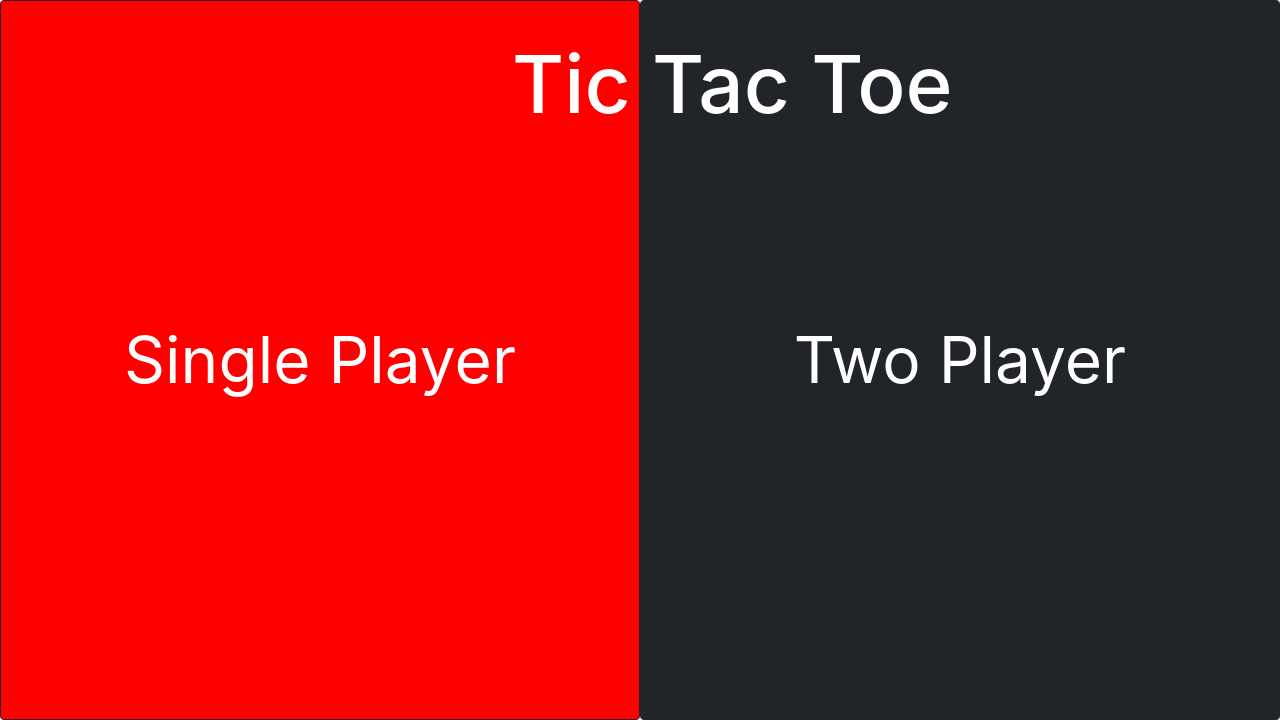
Repository: napan24/tic-tac-toe
Page: /
These files come from the project's save history. The page is drawn as it stood at one moment and after the next save; the edit follows.
The browser window is 1280 px wide. The pictures show the whole page.
The project was rebuilt for these pictures with package versions that can differ from the ones it lists, and the page was loaded fresh each time. Also part of the build but not shown: src/App.css, src/tik.css, src/App.js, src/Vscomp.js.

Above is the page before, as saved 2022-06-16 18:05:03.

### public/index.html
<!DOCTYPE html>
<html lang="en">
  <head>
    <meta charset="utf-8" />
    <link rel="icon" href="%PUBLIC_URL%/favicon.ico" />
    <meta name="viewport" content="width=device-width, initial-scale=1" />
    <meta name="theme-color" content="#000000" />
    <meta
      name="description"
      content="Web site created using create-react-app"
    />
    <link rel="apple-touch-icon" href="%PUBLIC_URL%/logo192.png" />
    <!--
      manifest.json provides metadata used when your web app is installed on a
      user's mobile device or desktop. See https://developers.google.com/web/fundamentals/web-app-manifest/
    -->
    <link rel="manifest" href="%PUBLIC_URL%/manifest.json" />
    <!--
      Notice the use of %PUBLIC_URL% in the tags above.
      It will be replaced with the URL of the `public` folder during the build.
      Only files inside the `public` folder can be referenced from the HTML.

      Unlike "/favicon.ico" or "favicon.ico", "%PUBLIC_URL%/favicon.ico" will
      work correctly both with client-side routing and a non-root public URL.
      Learn how to configure a non-root public URL by running `npm run build`.
    -->
    <link href="https://cdn.jsdelivr.net/npm/bootstrap@5.1.3/dist/css/bootstrap.min.css" rel="stylesheet" integrity="sha384-1BmE4kWBq78iYhFldvKuhfTAU6auU8tT94WrHftjDbrCEXSU1oBoqyl2QvZ6jIW3" crossorigin="anonymous">
    <script src="https://cdn.jsdelivr.net/npm/bootstrap@5.1.3/dist/js/bootstrap.bundle.min.js" integrity="sha384-ka7Sk0Gln4gmtz2MlQnikT1wXgYsOg+OMhuP+IlRH9sENBO0LRn5q+8nbTov4+1p" crossorigin="anonymous"></script>
    <title>React App</title>
  </head>
  <body>
    <noscript>You need to enable JavaScript to run this app.</noscript>
    <div id="root"></div>
    <!--
      This HTML file is a template.
      If you open it directly in the browser, you will see an empty page.

      You can add webfonts, meta tags, or analytics to this file.
      The build step will place the bundled scripts into the <body> tag.

      To begin the development, run `npm start` or `yarn start`.
      To create a production bundle, use `npm run build` or `yarn build`.
    -->
  </body>
</html>

### src/index.js
import React from 'react';
import ReactDOM from 'react-dom/client';
import './index.css';
import App from './App';
import Home from './Home';
import Vscomp from './Vscomp';
import reportWebVitals from './reportWebVitals';

const root = ReactDOM.createRoot(document.getElementById('root'));
root.render(
  <React.StrictMode>
    <Home />
  </React.StrictMode>
);

// If you want to start measuring performance in your app, pass a function
// to log results (for example: reportWebVitals(console.log))
// or send to an analytics endpoint. Learn more: https://bit.ly/CRA-vitals
reportWebVitals();

### src/Home.js
import React from 'react';
export default function () {
  return (
    <>
        <h5 style={{fontSize:"5rem",position:"absolute",left:"40vw",color:"white",top:"5vh"}}>
            Tic Tac Toe
        </h5>
        <button type="button" class="btn btn-dark" style={{width:"50vw",height:"100vh",backgroundColor:"red",fontSize:"4rem"}}>
            Single Player
        </button>
        <button type="button" class="btn btn-dark" style={{width:"50vw",height:"100vh",fontSize:"4rem"}}>
            Two Player
        </button>
    </>

  )
}

Loaded but not shown: src/index.css (common file); src/reportWebVitals.js (common file)

After the next save:
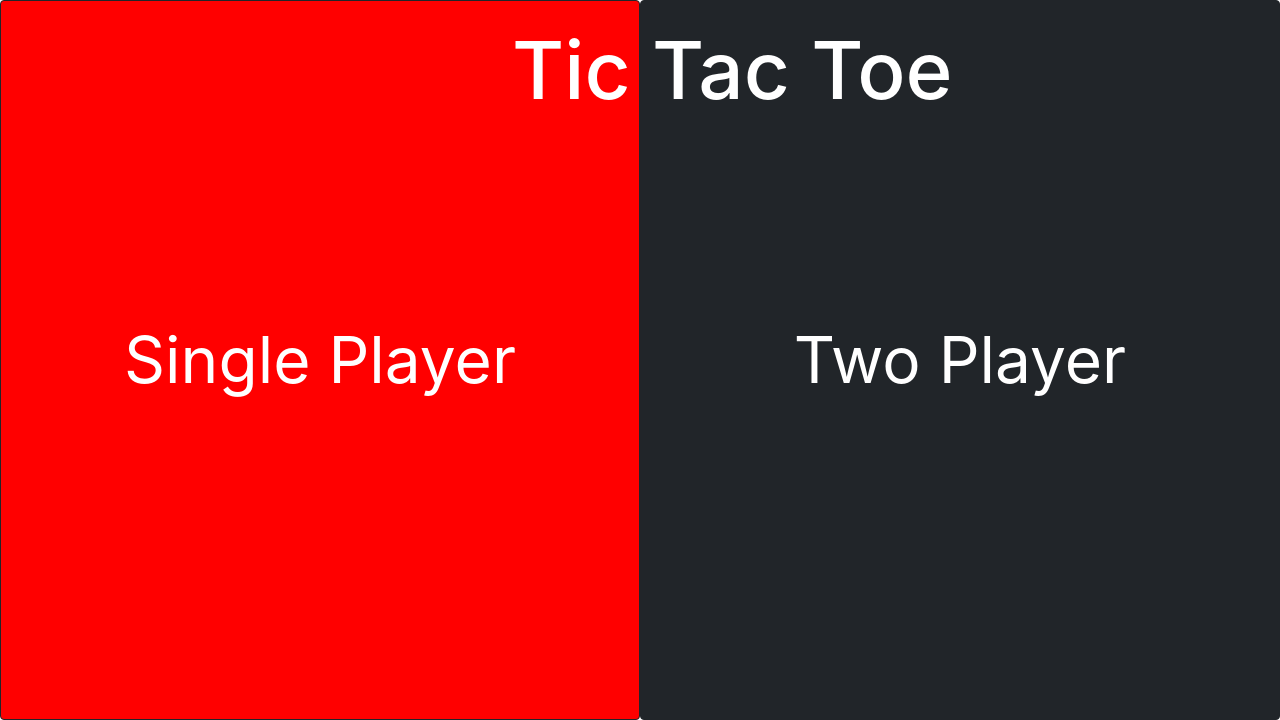
Saved 8 s later.
--- a/src/Home.js
+++ b/src/Home.js
@@ -2,7 +2,7 @@ import React from 'react';
 export default function () {
   return (
     <>
-        <h5 style={{fontSize:"5rem",position:"absolute",left:"40vw",color:"white",top:"5vh"}}>
+        <h5 style={{fontSize:"5rem",position:"absolute",left:"40vw",color:"white",top:"3vh"}}>
             Tic Tac Toe
         </h5>
         <button type="button" class="btn btn-dark" style={{width:"50vw",height:"100vh",backgroundColor:"red",fontSize:"4rem"}}>
